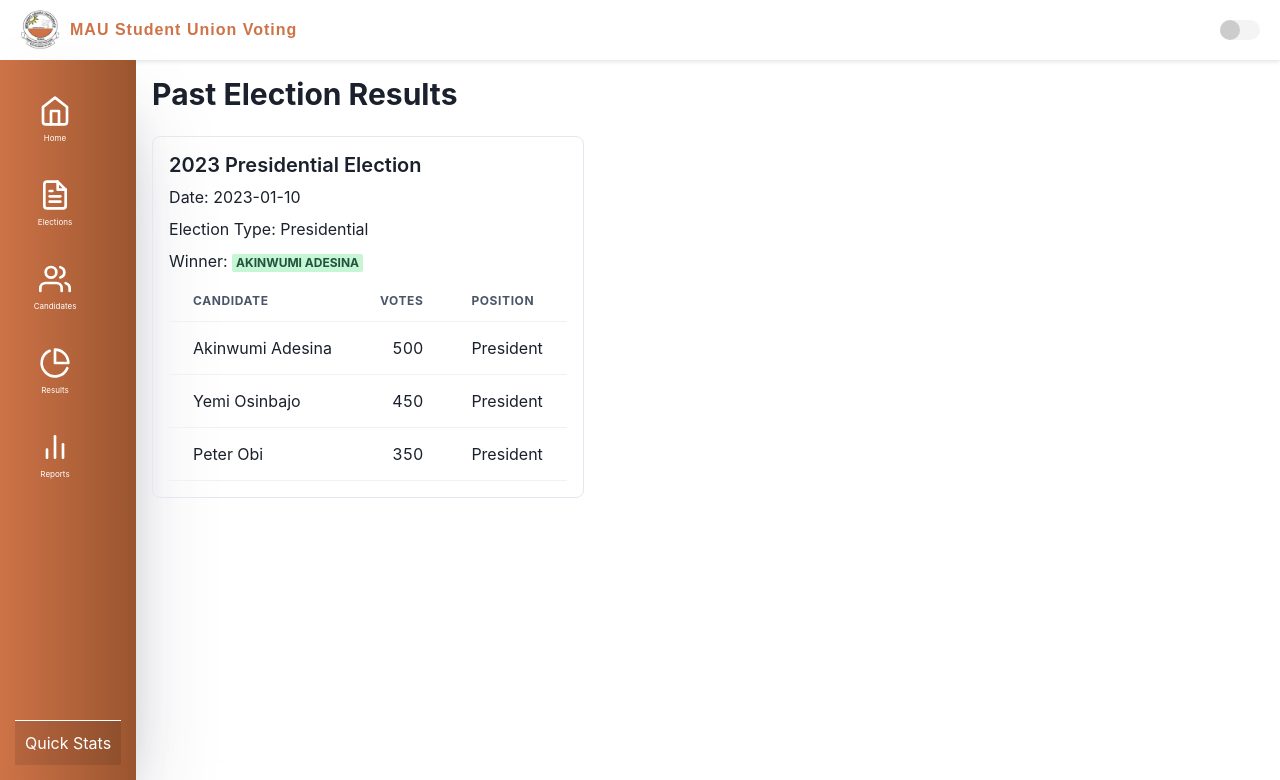
Repository: joena1o/e-vote
Page: /ElectionCommittee-dashboard/view-results
The author's editor kept a copy of each file at every save. The page is drawn from the files as they stood at one save, then again after the next save.
The browser window is 1280 px wide. The pictures show the whole page.
The project was rebuilt for these pictures with package versions that can differ from the ones it lists, and the page was loaded fresh each time. Also part of the build but not shown: src/components/EnhancedLogin.js, src/components/maincontent/RegisterStudents/ManageStudents.js, src/components/maincontent/RegisterStudents/RegisterStudents.js, src/components/maincontent/RegisterStudents/StudentManagement.js, src/components/maincontent/ElectionResults/report.js, src/components/maincontent/ElectionResults/ViewElectionResults.js, src/components/maincontent/Settings/Settings.js, src/api/index.js and 22 more.

Above is the page before, as saved 2023-11-01 22:40:09.

### src/index.js
import React from 'react';
import ReactDOM from 'react-dom/client';
import './index.css';
import App from './App';
import reportWebVitals from './reportWebVitals';
import Modal from 'react-modal';

// Set the app element for the modal for accessibility purposes
Modal.setAppElement('#root');

const root = ReactDOM.createRoot(document.getElementById('root'));
root.render(
  <React.StrictMode>
    <App />
  </React.StrictMode>
);

// If you want to start measuring performance in your app, pass a function
// to log results (for example: reportWebVitals(console.log))
// or send to an analytics endpoint. Learn more: https://bit.ly/CRA-vitals
reportWebVitals();

### src/App.js
import React from 'react';
import { BrowserRouter as Router, Routes, Route, Navigate } from 'react-router-dom';
import EnhancedLogin from './components/EnhancedLogin';
import AdminDashboard from './components/AdminDashboard';
import StudentDashboard from './components/StudentDashboard';
import { ChakraProvider, ColorModeProvider, Button, useColorMode } from '@chakra-ui/react';
import { Provider } from 'react-redux';
import store from './Redux/store';
import ElectionCommitteeDashboard from './components/maincontent/ElectionCommitteeDashboard';

// Component to toggle dark mode
function DarkModeToggle() {
  const { colorMode, toggleColorMode } = useColorMode();
  return (
    <Button onClick={toggleColorMode} position="fixed" m={4} zIndex={10}>
      Toggle {colorMode === 'light' ? 'Dark' : 'Light'}
    </Button>
  );
}

function App() {
  // Check if the current route is not the "/login" route, then render the DarkModeToggle
  // const isLoginPage = window.location.pathname === '/login';

  return (
    <Provider store={store}>
      <ChakraProvider>
        <ColorModeProvider options={{ useSystemColorMode: true }}>
          <Router>
            <Routes>
              {/* Define your routes */}
              <Route path="/login" element={<EnhancedLogin />} />
              <Route path="/admin-dashboard/*" element={<AdminDashboard />} />
              <Route path="/ElectionCommittee-dashboard/*" element={<ElectionCommitteeDashboard />} />
              <Route path='/student-dashboard/*' element={<StudentDashboard />} />
              {/* Redirect root to /admin-dashboard */}
              <Route path="/" element={<Navigate to="/admin-dashboard" replace />} />
            </Routes>
          </Router>
          {/* Render DarkModeToggle only if not on the "/login" page */}
          {/* {!isLoginPage && <DarkModeToggle />} */}
        </ColorModeProvider>
      </ChakraProvider>
    </Provider>
  );
}

export default App;

### src/Redux/store.js
import { configureStore } from '@reduxjs/toolkit';
import electionReducer from './electionSlice';
import studentsReducer from './studentsSlice';
import candidatesReducer from './CandidateSlice'; // Import the candidates reducer

const store = configureStore({
  reducer: {
    elections: electionReducer,
    students: studentsReducer,
    candidates: candidatesReducer, // Add the candidates reducer here
  },
});

export default store;

### src/components/maincontent/ElectionCommitteeDashboard.js
// ElectionCommitteeDashboard.js
import React from 'react';
import { Routes, Route } from 'react-router-dom';
import ElectionCommitteeSidebar from './ElectionCommitteeSidebar';
import Navbar from '../Navbar';
import styled from 'styled-components';
import ElectionList from './ManageElections/ElectionList';
import ViewResults from './ElectionResults/ViewResults';
import ElectionCommitteeHome from './home/ElectionCommitteeHome';
import CandidatesScreening from './CandidateScreening/CandidateScreening';



const Container = styled.div`
  display: flex;
  flex-direction: column;
  height: 100vh;
  width: 100%;
`;

const Content = styled.div`
  display: flex;
  flex: 1;
`;

const ElectionCommitteeDashboard = () => {
  return (
    <Container>
      <Navbar />
      <Content>
        <ElectionCommitteeSidebar />
        <Routes>
          <Route index element={<ElectionCommitteeHome />} />

          <Route path="election-list" element={<ElectionList />} />
          <Route path="candidates-screening" element={<CandidatesScreening />} />
          <Route path="view-results" element={<ViewResults />} />

        </Routes>
      </Content>
    </Container>
  );
};

export default ElectionCommitteeDashboard;

### src/components/Navbar.js
import React from 'react';
import styled, { createGlobalStyle } from 'styled-components';
import logo from '../assets/school_logo.jpg';
import { useColorMode } from '@chakra-ui/react';

const GlobalStyle = createGlobalStyle`
  body {
    background-color: ${props => (props.theme === 'dark' ? '#333' : '#fff')};
    color: ${props => (props.theme === 'dark' ? '#fff' : '#000')}; // Set other component texts to black in light mode
  }
`;

const Header = styled.header`
  background: ${props => (props.theme === 'dark' ? '#333' : '#fff')};
  color: ${props => (props.theme === 'dark' ? '#fff' : '#ce7348')}; // Set navbar text to brown in light mode
  padding: 10px 20px;
  display: flex;
  align-items: center;
  justify-content: flex-start;
  box-shadow: 0px 2px 4px rgba(0, 0, 0, 0.1);
  font-family: 'Poppins', sans-serif;
`;


const Logo = styled.img`
  width: 40px;
  height: 40px;
  border-radius: 20px;
  margin-right: 10px;
`;

const Title = styled.h1`
  margin: 0;
  padding: 0;
  font-size: 1rem;
  font-weight: 600;
  letter-spacing: 1px;
`;

const ToggleSlider = styled.label`
  display: flex;
  align-items: center;
  cursor: pointer;
  margin-left: auto;
`;

const SliderInput = styled.input.attrs({ type: 'checkbox' })`
  display: none;
`;

const Slider = styled.div`
  width: 40px;
  height: 20px;
  background-color: ${props => (props.theme === 'dark' ? '#333' : '#f4f4f4')};
  border-radius: 20px;
  position: relative;
  transition: background-color 0.3s ease;
  cursor: pointer;

  &::after {
    content: '';
    width: 20px;
    height: 20px;
    border-radius: 50%;
    background-color: ${props => (props.theme === 'dark' ? '#fff' : '#ccc')};
    position: absolute;
    top: 50%;
    transform: translateY(-50%);
    left: ${props => (props.theme === 'dark' ? '20px' : '0')};
    transition: left 0.3s ease;
  }
`;

function Navbar() {
  const { colorMode, toggleColorMode } = useColorMode();

  return (
    <>
      <GlobalStyle theme={colorMode} />
      <Header theme={colorMode}>
        <Logo src={logo} alt="University Logo" />
        <Title>MAU Student Union Voting</Title>
        <ToggleSlider>
          <SliderInput type="checkbox" onChange={toggleColorMode} />
          <Slider theme={colorMode} />
        </ToggleSlider>
      </Header>
    </>
  );
}

export default Navbar;

### src/Redux/electionSlice.js
/*import { createSlice, createAsyncThunk } from '@reduxjs/toolkit';
import { API, graphqlOperation } from 'aws-amplify';
import { createElection as createElectionAPI } from '../graphql/mutations';

export const createElection = createAsyncThunk(
  'elections/createElection',
  async (election, { rejectWithValue }) => {
    try {
      const result = await API.graphql(graphqlOperation(createElectionAPI, { input: election }));
      return result.data.createElection;
    } catch (error) {
      return rejectWithValue(error);
    }
  }
);

const electionSlice = createSlice({
  name: 'elections',
  initialState: [],
  reducers: {},
  extraReducers: (builder) => {
    builder.addCase(createElection.fulfilled, (state, action) => {
      state.push(action.payload);
    });
  },
});

export default electionSlice.reducer;
*/

### src/Redux/studentsSlice.js
import { createSlice } from '@reduxjs/toolkit';

export const studentsSlice = createSlice({
  name: 'students',
  initialState: [],
  reducers: {
    addStudents: (state, action) => {
      // Add students to the Redux store
      action.payload.forEach(student => {
        state.push(student);
      });
    },
  },
});

export const { addStudents } = studentsSlice.actions;

export default studentsSlice.reducer;

### src/Redux/CandidateSlice.js

import { createSlice } from '@reduxjs/toolkit';

export const candidatesSlice = createSlice({
  name: 'candidates',
  initialState: [],
  reducers: {
    setCandidates: (state, action) => {
      return action.payload;
    },
  },
});

export const { setCandidates } = candidatesSlice.actions;
export default candidatesSlice.reducer;

### src/components/maincontent/ElectionCommitteeSidebar.js
import React from 'react';
import styled from 'styled-components';
import { Link } from 'react-router-dom';
import { FiHome, FiFileText, FiUsers, FiPieChart, FiBarChart2, FiTrendingUp } from 'react-icons/fi';
import { useColorMode } from '@chakra-ui/react';


const SidebarContainer = styled.nav`
  background: ${props => (props.theme === 'dark' ? '#333' : 'linear-gradient(to right, #ce7348, #9a552e)')};
  padding: 15px;
  height: 100vh;
  color: #fff;
  box-shadow: rgba(50, 50, 93, 0.25) 0px 50px 100px -20px, rgba(0, 0, 0, 0.3) 0px 30px 60px -30px;
  display: flex;
  flex-direction: column;
`;

const LinkList = styled.ul`
  list-style-type: none;
  padding: 0;
  flex: 1;
`;

const StyledLink = styled(Link)`
  text-decoration: none;
  color: #fff;
  display: flex;
  flex-direction: column;
  align-items: center;
  transition: color 0.3s ease;
  margin-bottom: 15px;
  cursor: pointer;
  font-size: 0.5rem;

  &:hover {
    color: #fce364;
  }

  width: 80px;
  text-align: center;
  word-wrap: break-word;
  overflow-wrap: break-word;
`;

const LinkItem = styled.li`
  display: flex;
  align-items: center;
  margin-top: 20px;
`;

const Icon = styled.div`
  font-size: 2rem;
  color: #fff;

  margin-bottom: 5px;

  ${StyledLink}:hover & {
    color: #fce364;
  }
`;

const QuickStats = styled.div`
  margin-top: auto;
  padding: 10px;
  background: rgba(0, 0, 0, 0.1);
  border-top: 1px solid #fff;
`;

function ElectionCommitteeSidebar() {
  const { colorMode } = useColorMode();

  return (
    <SidebarContainer theme={colorMode}>
      <LinkList>
        <LinkItem>
          <StyledLink to="/ElectionCommittee-dashboard">
            <Icon><FiHome /></Icon>
            Home
          </StyledLink>
        </LinkItem>
        <LinkItem>
          <StyledLink to="/ElectionCommittee-dashboard/election-list">
            <Icon><FiFileText /></Icon>
            Elections
          </StyledLink>
        </LinkItem>
        <LinkItem>
          <StyledLink to="/ElectionCommittee-dashboard/candidates-screening">
            <Icon><FiUsers /></Icon>
            Candidates
          </StyledLink>
        </LinkItem>
        <LinkItem>
          <StyledLink to="/ElectionCommittee-dashboard/view-results">
            <Icon><FiPieChart /></Icon>
            Results
          </StyledLink>
        </LinkItem>
        <LinkItem>
          <StyledLink to="/reports">
            <Icon><FiBarChart2 /></Icon>
            Reports
          </StyledLink>
        </LinkItem>
      </LinkList>
      <QuickStats>
        <h3>Quick Stats</h3>
        {/* Here you can place any quick statistics or relevant data for the admin */}
      </QuickStats>
    </SidebarContainer>
  );
}

export default ElectionCommitteeSidebar;

### src/components/maincontent/ElectionResults/ViewResults.js
import React, { useState } from 'react';
import { Box, VStack, Heading, Text, useColorModeValue, Table, Thead, Tbody, Tr, Th, Td, Badge } from '@chakra-ui/react';

const ViewResults = () => {
  const colorModeValue = useColorModeValue('gray.200', 'gray.600');

  const mockPastElectionResults = [
    {
      id: 1,
      electionName: '2023 Presidential Election',
      date: '2023-01-10',
      electionType: 'Presidential',
      candidates: [
        { name: 'Akinwumi Adesina', votes: 500, position: 'President' },
        { name: 'Yemi Osinbajo', votes: 450, position: 'President' },
        { name: 'Peter Obi', votes: 350, position: 'President' },
      ],
      winner: 'Akinwumi Adesina',
    },
    // ... other past election results
  ];

  const [pastElectionResults] = useState(mockPastElectionResults);

  return (
    <Box p={4}>
      <Heading size="lg" mb={6}>Past Election Results</Heading>
      {pastElectionResults.map((election) => (
        <VStack
          key={election.id}
          border="1px"
          borderColor={colorModeValue}
          borderRadius="lg"
          p={4}
          mb={4}
          spacing={2}
          align="left"
        >
          <Heading fontSize="xl" fontWeight="semibold">{election.electionName}</Heading>
          <Text>Date: {election.date}</Text>
          <Text>Election Type: {election.electionType}</Text>
          <Text>Winner: <Badge colorScheme="green">{election.winner}</Badge></Text>
          <Table variant="simple">
            <Thead>
              <Tr>
                <Th>Candidate</Th>
                <Th isNumeric>Votes</Th>
                <Th>Position</Th>
              </Tr>
            </Thead>
            <Tbody>
              {election.candidates.map((candidate) => (
                <Tr key={candidate.name}>
                  <Td>{candidate.name}</Td>
                  <Td isNumeric>{candidate.votes}</Td>
                  <Td>{candidate.position}</Td>
                </Tr>
              ))}
            </Tbody>
          </Table>
        </VStack>
      ))}
    </Box>
  );
};

export default ViewResults;

Loaded but not shown: public/index.html (common file); src/index.css (common file); src/reportWebVitals.js (common file)

After the next save:
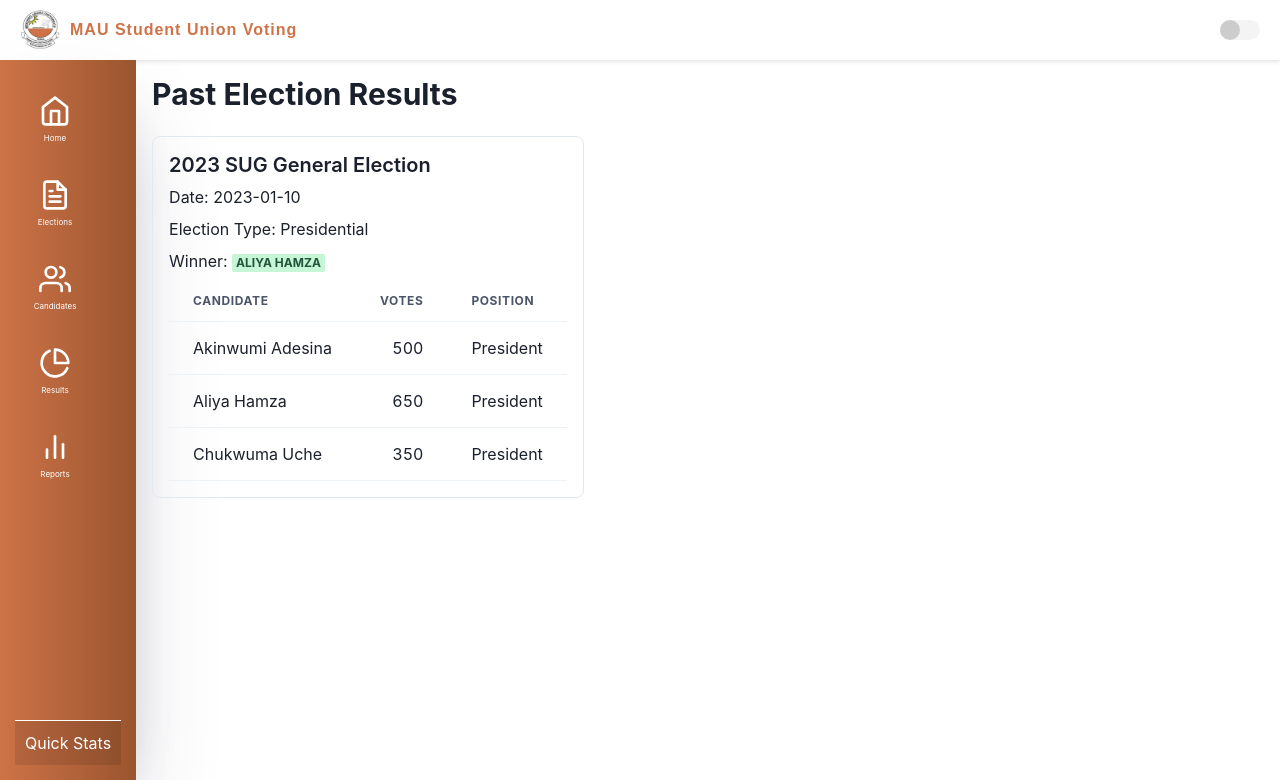
Saved 3 min 47 s later.
--- a/src/components/maincontent/ElectionResults/ViewResults.js
+++ b/src/components/maincontent/ElectionResults/ViewResults.js
@@ -7,15 +7,15 @@ const ViewResults = () => {
   const mockPastElectionResults = [
     {
       id: 1,
-      electionName: '2023 Presidential Election',
+      electionName: '2023 SUG  General Election',
       date: '2023-01-10',
       electionType: 'Presidential',
       candidates: [
         { name: 'Akinwumi Adesina', votes: 500, position: 'President' },
-        { name: 'Yemi Osinbajo', votes: 450, position: 'President' },
-        { name: 'Peter Obi', votes: 350, position: 'President' },
+        { name: 'Aliya Hamza', votes: 650, position: 'President' },
+        { name: 'Chukwuma Uche', votes: 350, position: 'President' },
       ],
-      winner: 'Akinwumi Adesina',
+      winner: 'Aliya Hamza',
     },
     // ... other past election results
   ];
